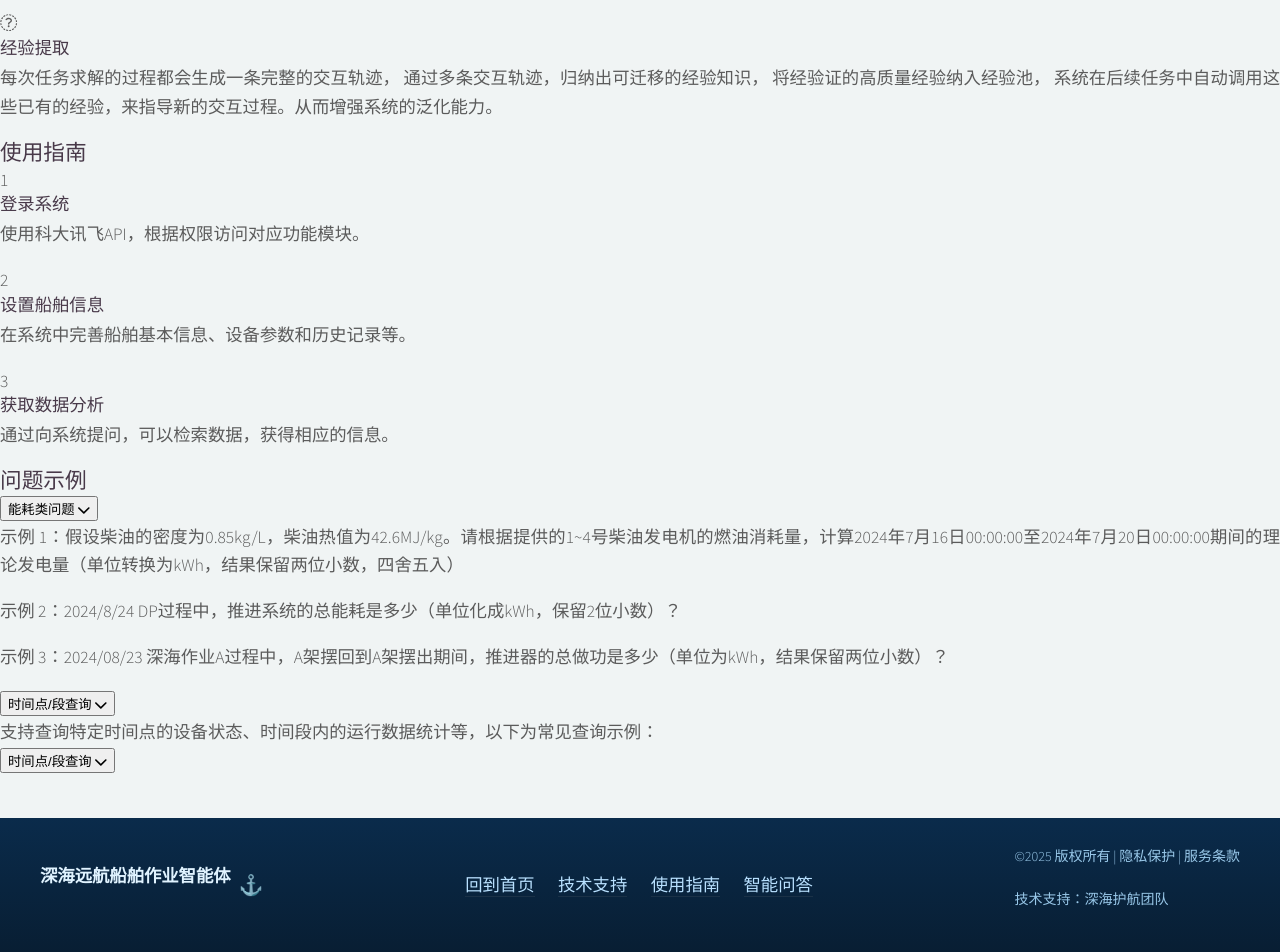
Repository: ShiCheng0104/AIC
Page: QingJing-agent/前端/深海远航船舶作业智能体/About.html
The author's editor kept a copy of each file at every save. The page is drawn from the files as they stood at one save, then again after the next save.
The browser window is 1280 px wide. The pictures show the part of the page from y = 640 to 1592 px (the page is 1592 px tall before and 1425 px after).
After loading, the first visible `button.w-full` was clicked once.
Backgrounds fixed to the window are drawn as part of the page.

Above is the page before, as saved 2025-07-03 14:29:18.
Console error: TypeError: Cannot read properties of null (reading 'classList')

After the next save:
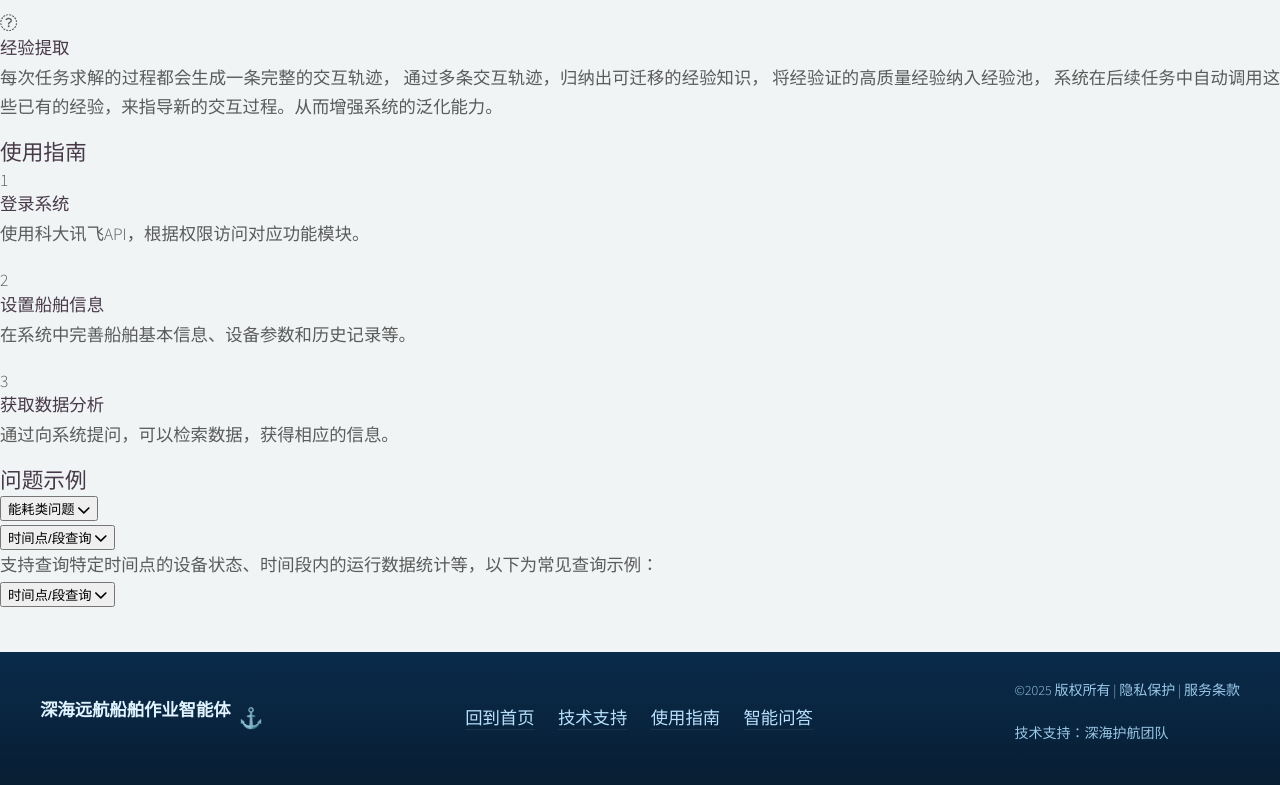
Saved 111 s later.
--- a/QingJing-agent/前端/深海远航船舶作业智能体/About.html
+++ b/QingJing-agent/前端/深海远航船舶作业智能体/About.html
@@ -279,14 +279,19 @@
 
 					<script>
 						function toggleContent(button) {
-							const contentDiv = button.nextElementSibling;
+							// 关键修正：找到"描述文字的下一个兄弟元素"（即示例内容容器）
+							const examplesDiv = button.nextElementSibling.nextElementSibling;
+							// 找到箭头图标
 							const icon = button.querySelector('i');
-							contentDiv.classList.toggle('hidden');
+
+							// 只切换示例内容的显示/隐藏，描述文字始终显示
+							examplesDiv.classList.toggle('hidden');
+							// 箭头旋转状态切换
 							icon.classList.toggle('rotate');
 						}
 					</script>
 
-					<!-- 引入 FontAwesome 图标（如果需要箭头） -->
+					<!-- 引入 FontAwesome 图标 -->
 					<script src="https://cdnjs.cloudflare.com/ajax/libs/font-awesome/6.0.0-beta3/js/all.min.js"></script>
 				</div>
 				</main>
